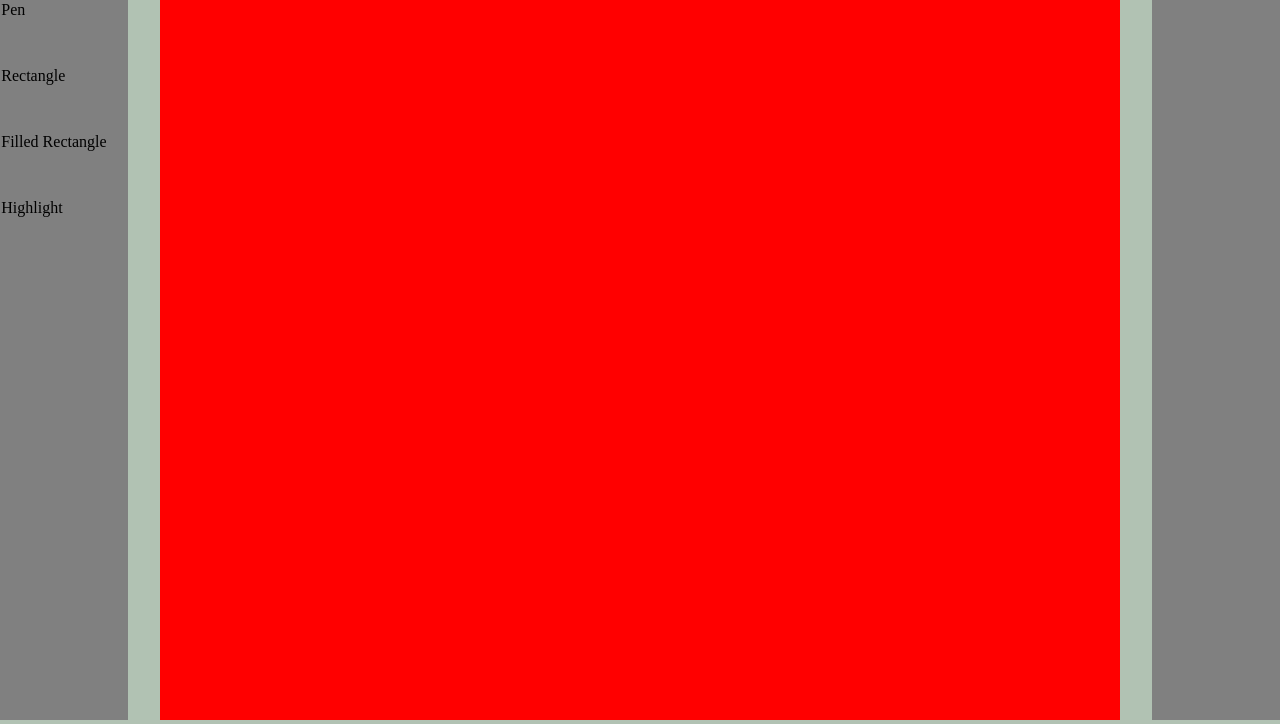
Repository: OrionDevelopers/projectwall
Page: http://localhost/slidePresenter.php
An editor plug-in stored every save of this project. The page is shown before and after the next save, followed by the edit.
The browser window is 1280 px wide. The pictures show the whole page.
The page is run by PHP 8.4 with error messages shown; the project is at /var/www/html/.

Above is the page before, as saved 2013-04-20 21:31:40.

After the next save:
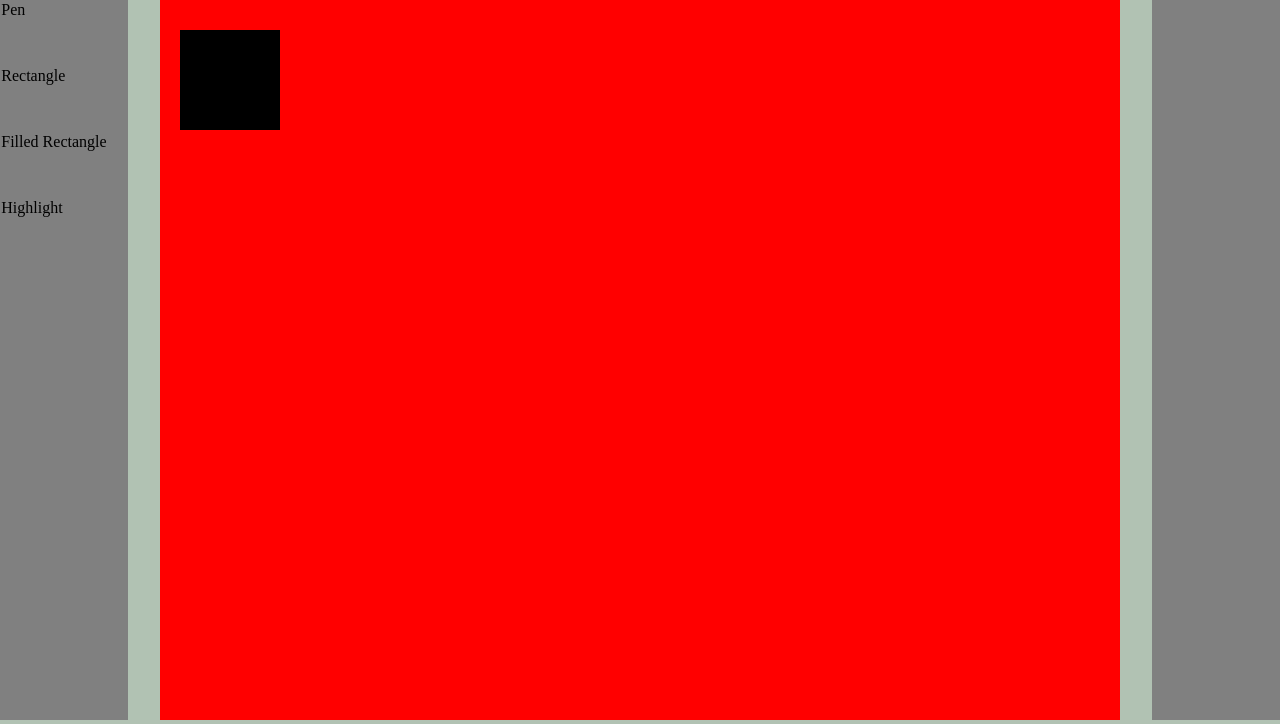
Saved 7 s later.
--- a/slidePresenterPrototype2/presenterPrototype2/js/slidePresenter.js
+++ b/slidePresenterPrototype2/presenterPrototype2/js/slidePresenter.js
@@ -45,9 +45,9 @@
 	});
 	ctx = drawingLayer.getContext();
 	drawingLayer.add(sheet);
+	drawingLayer.draw();
+	ctx.fillRect(20,30,100,100);
 
-	ctx.fillRect(20,30,100,100);
-	drawingLayer.draw();
 }
 function drawingLayerClicked(){
 	window.alert("hello there");

After the save that followed:
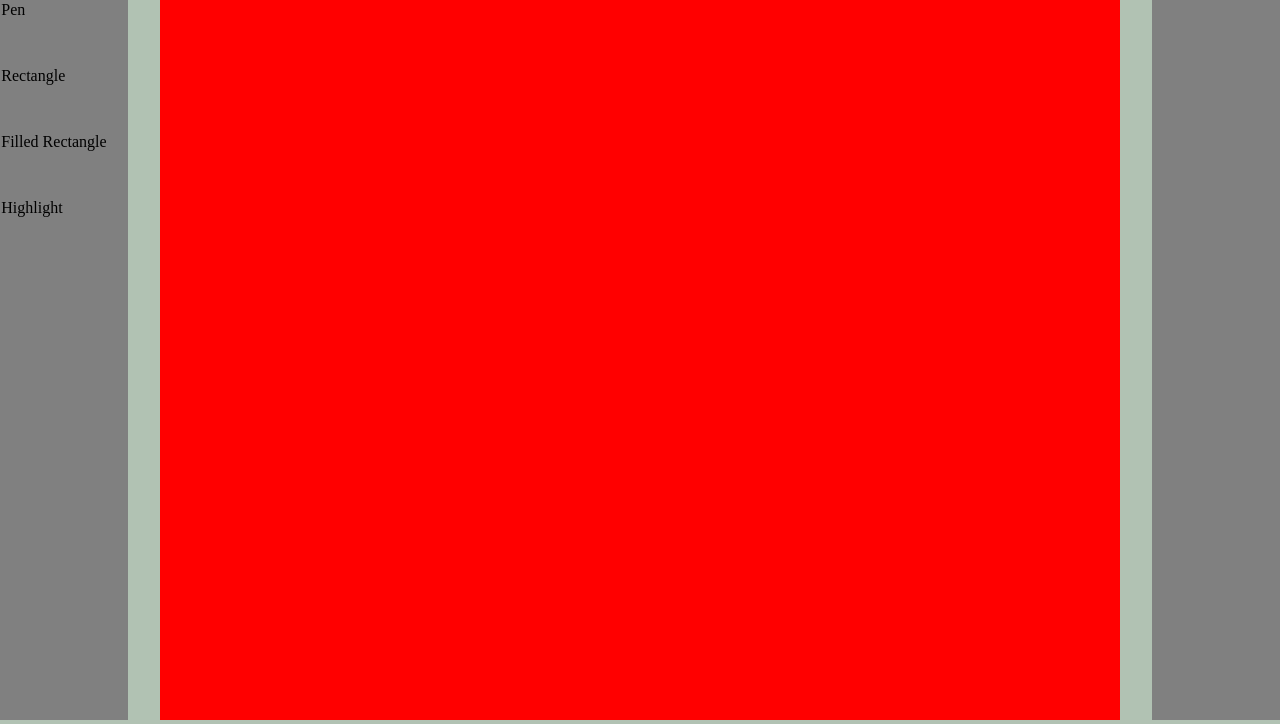
Saved 14 s later.
--- a/slidePresenterPrototype2/presenterPrototype2/js/slidePresenter.js
+++ b/slidePresenterPrototype2/presenterPrototype2/js/slidePresenter.js
@@ -47,6 +47,7 @@
 	drawingLayer.add(sheet);
 	drawingLayer.draw();
 	ctx.fillRect(20,30,100,100);
+	drawingLayer.draw();
 
 }
 function drawingLayerClicked(){
